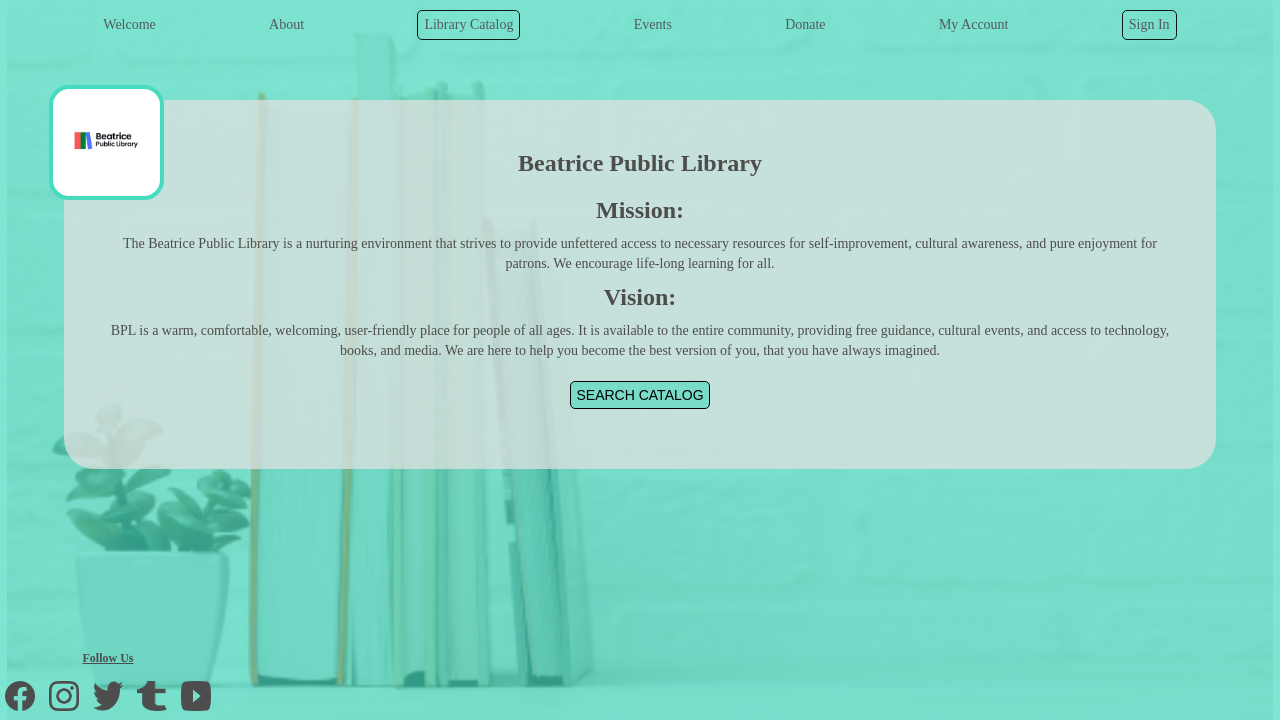
Repository: cokoduwa/RA-Wk5-Library
Page: about.html
An editor plug-in stored every save of this project. The page is shown before and after the next save, followed by the edit.
The browser window is 1280 px wide. The pictures show the whole page.

Above is the page before, as saved 2023-01-26 22:38:26.

After the next save:
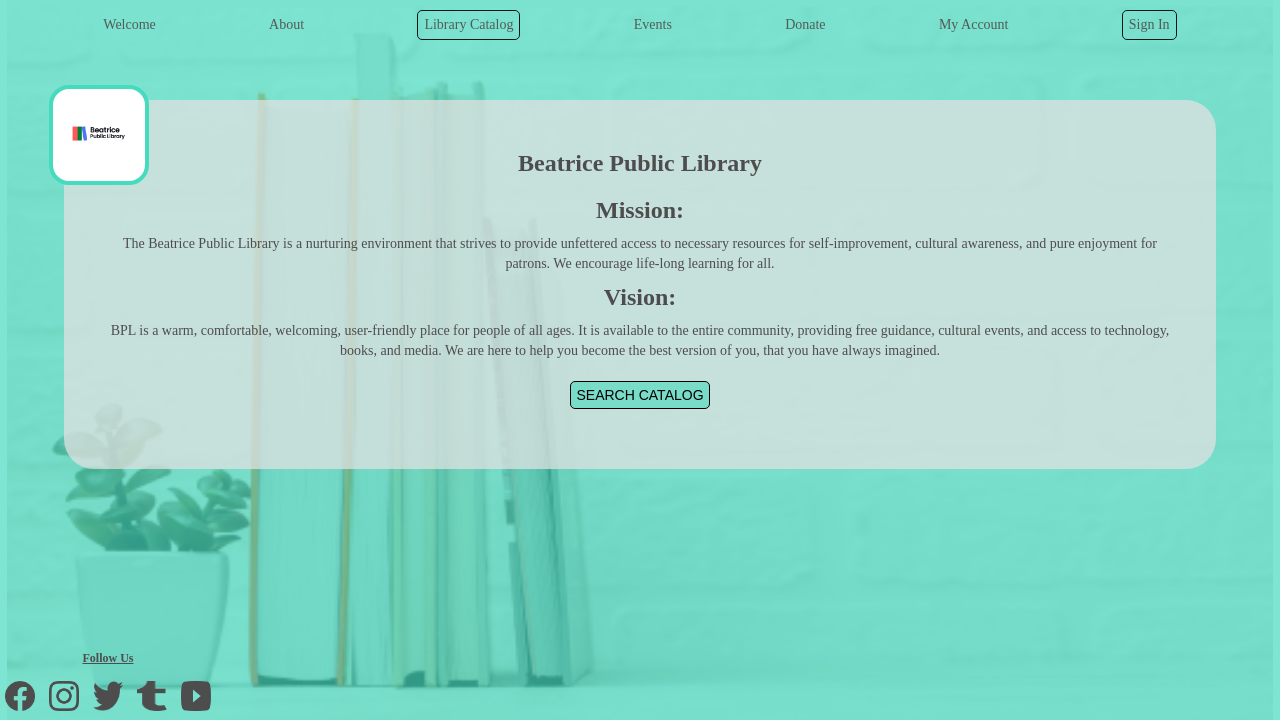
Saved 13 s later.
--- a/about.css
+++ b/about.css
@@ -93,8 +93,8 @@
 }
 
 #logo {
-    width: 115px;
-    height: 115px;
+    width: 100px;
+    height: 100px;
     border-radius: 20px;
     border: 4px solid #46DABF;
     padding: 10px;
